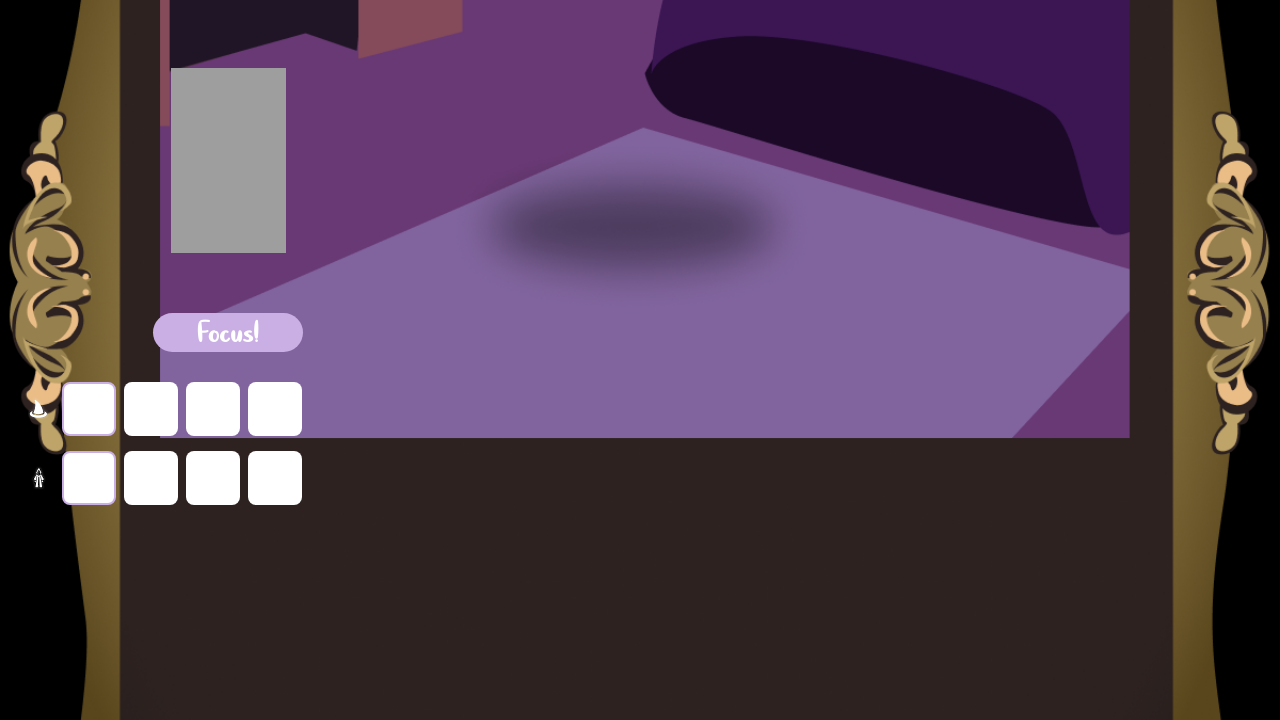
Repository: zhangolivia7/Little-Witch-Alcove
Page: popup.html
An editor plug-in stored every save of this project. The page is shown before and after a run of saves, followed by the edit.
The browser window is 1280 px wide. The pictures show the whole page.
Pictures or frames that could not be fetched are drawn as grey boxes.

Above is the page before, as saved 2025-11-15 16:42:58.

After the next 2 saves:
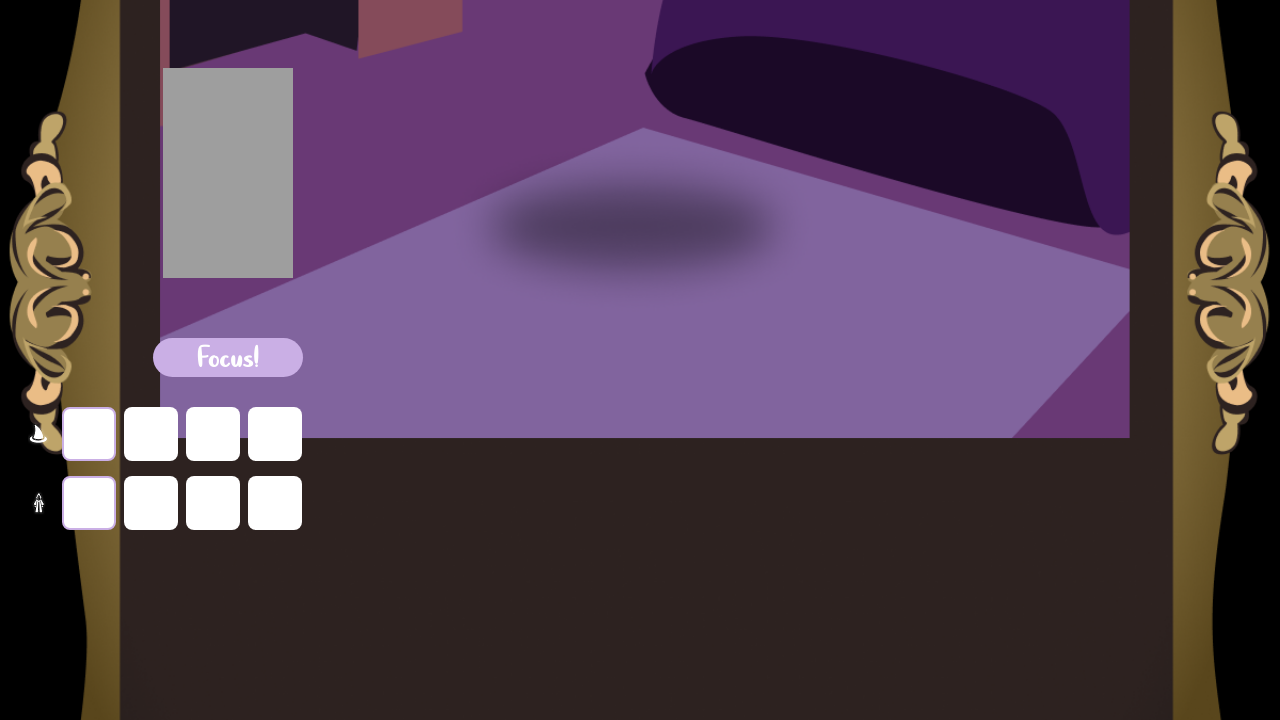
The 2 saves are shown as one change because they came seconds apart.
The last was saved 26 s later.
--- a/popup.css
+++ b/popup.css
@@ -35,8 +35,8 @@ body {
   }
 
   #witch-img {
-    width: 115px;
-    height: 185px;
+    width: 130px;
+    height: 210px;
     margin: 40px auto 0 auto;
     display: block;
   }
